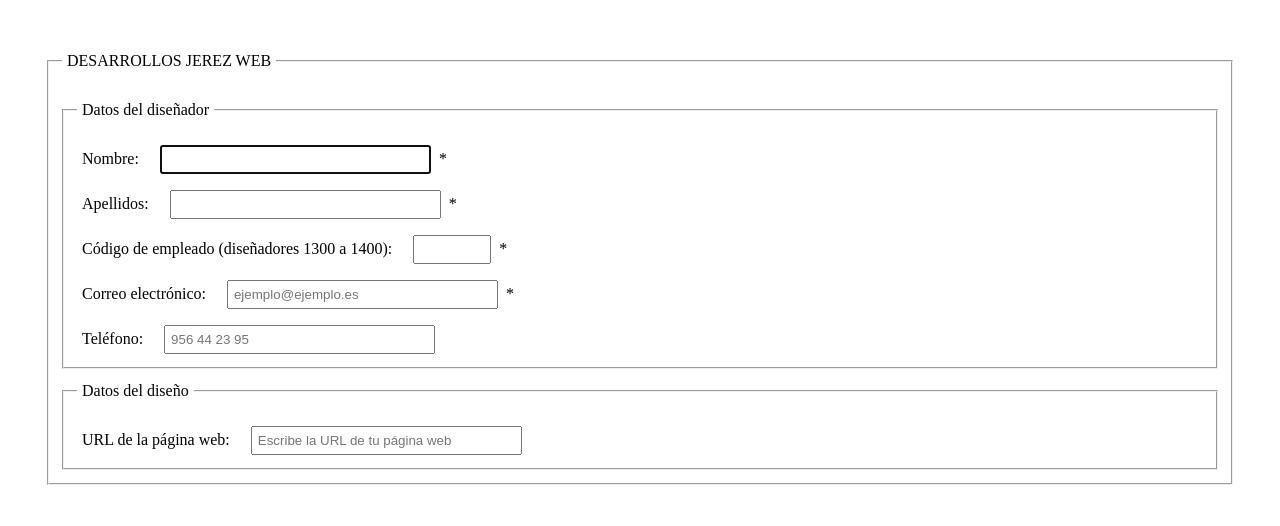
Repository: iSaan86/EV_Practica_FormularioCSS
Page: index.html
An editor plug-in stored every save of this project. The page is shown before and after the next save, followed by the edit.
The browser window is 1280 px wide. The pictures show the whole page.

Above is the page before, as saved 2024-01-11 16:50:06.

### index.html
<!DOCTYPE html>
<html lang="es-ES">

<head>
    <meta charset="UTF-8">
    <meta name="viewport" content="width=device-width, initial-scale=1.0">
    <meta name="keywords" content="formulario, html, css, practica">
    <meta name="description" content="Formularios">
    <meta name="author" content="Alexandra Ferrera Arenas">
    <link rel="icon" type="image/x-icon" href="img/logo-giro.png">
    <link rel="stylesheet" href="css/estilo.css">
    <title> PRACTICA DE FORMULARIOS </title>
</head>

<body>
    <!-- ABRO FORMULARIO -->
    <form method="get" action="" name="formulario1" id="formulario1">
        <!--AGRUPACION GENERAL-->
        <fieldset>
            <legend class="datos">DESARROLLOS JEREZ WEB</legend>
            <fieldset><legend class="datos2">Datos del diseñador</legend>
                <label for="nombre">Nombre:</label><input type="text" id="nombre" name="nombre" alt="indique su nombre" size="30%" autofocus required minlength="2" maxlength="50">*<br>
                <label for="apellidos">Apellidos:</label><input type="text" id="apellidos" name="apellidos" alt="indique sus apellidos" size="30%" required minlength="2" maxlength="50">*<br>
                <label for="codigo">Código de empleado (diseñadores 1300 a 1400):</label><input type="number" id="codigo" name="codigo" alt="indique su código de empleado" required min="1300" max="1400">*<br>
                <label for="email">Correo electrónico:</label><input type="email" id="email" name="email" alt="indique su email" size="30%" placeholder="ejemplo@ejemplo.es" required>*<br>
                <label for="telefono">Teléfono:</label><input type="tel" id="telefono"  name="telefono" alt="indique su telefono" size="30%" placeholder="956 44 23 95"><br>
            </fieldset>
            <fieldset><legend class="datos2">Datos del diseño</legend>
                <label for="url">URL de la página web:</label><input type="url" id="url" name="url" alt="indique la URL de la pagina web" size="30%" placeholder="Escribe la URL de tu página web">

            </fieldset>













        </fieldset>
    </form>




</body>





</html>

### css/estilo.css
@charset "UTF-8";

/* Para todo el html */
*{
    padding: 5px;
    margin:8px;
}

After the next save:
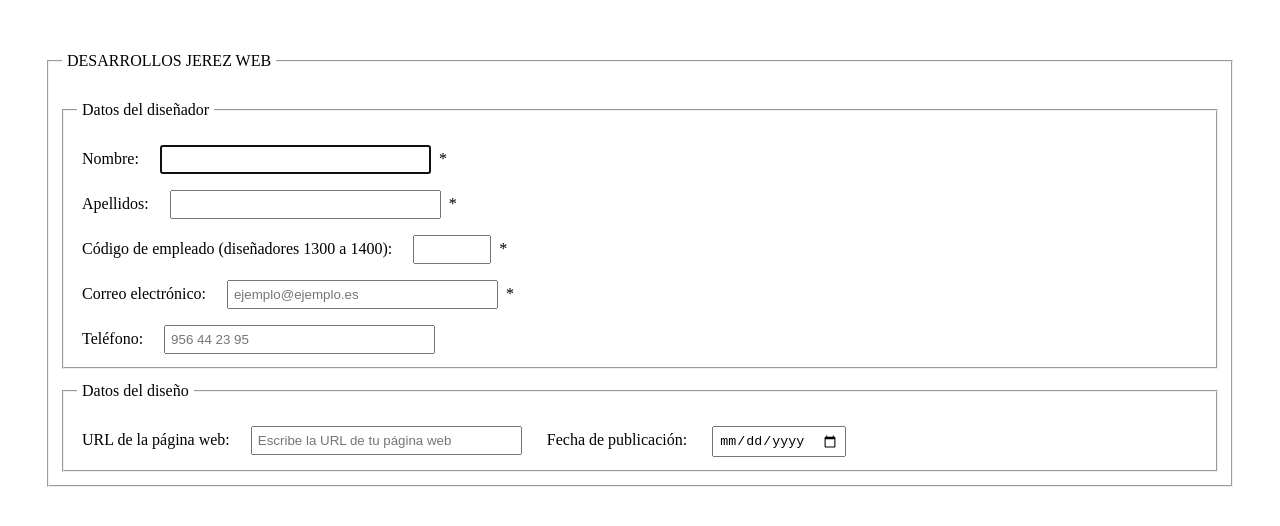
Saved 103 s later.
--- a/index.html
+++ b/index.html
@@ -27,7 +27,7 @@
             </fieldset>
             <fieldset><legend class="datos2">Datos del diseño</legend>
                 <label for="url">URL de la página web:</label><input type="url" id="url" name="url" alt="indique la URL de la pagina web" size="30%" placeholder="Escribe la URL de tu página web">
-
+                <label for="fecha">Fecha de publicación:</label> <input type="date" name="fecha">
             </fieldset>
 
 
